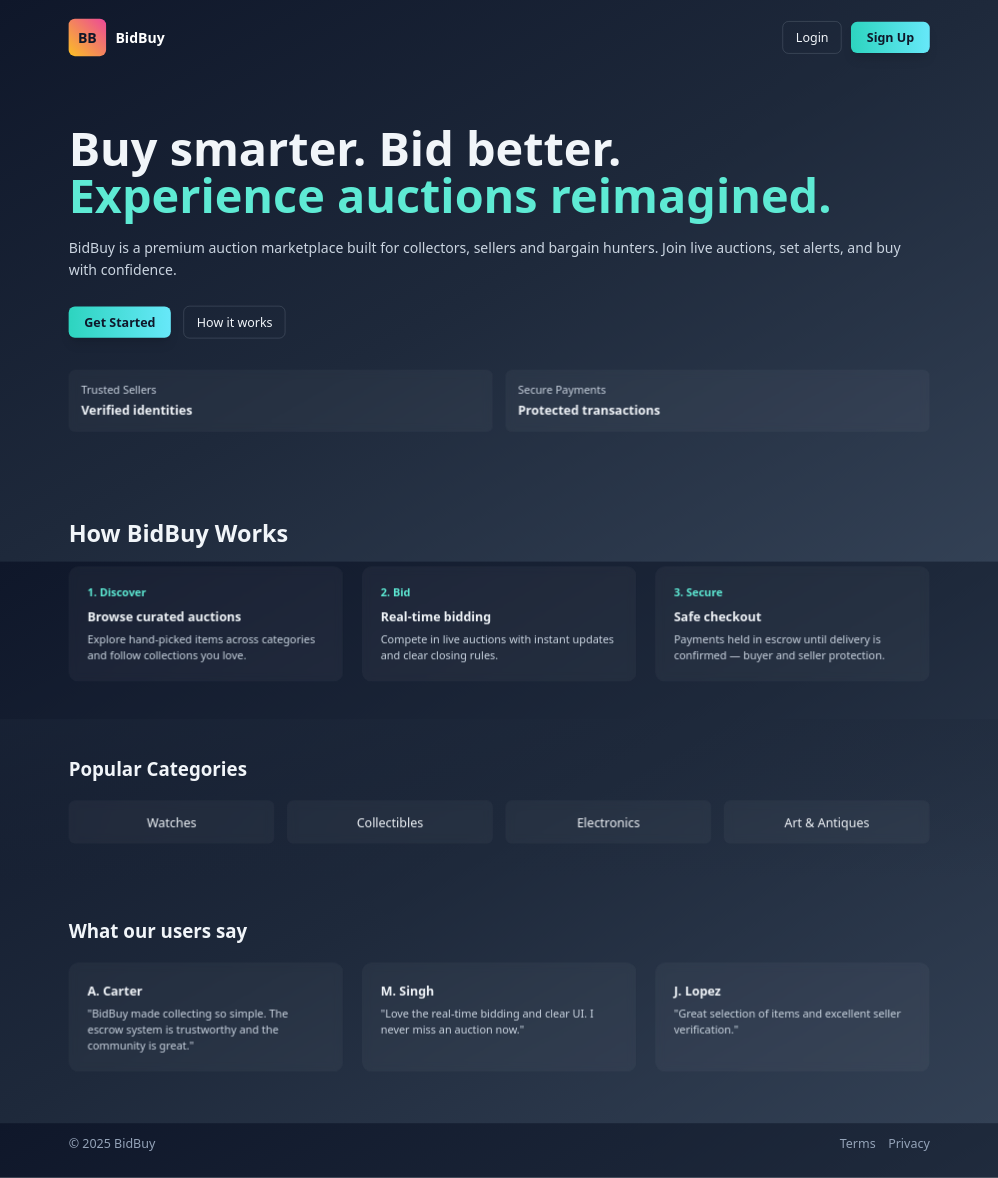
Repository: ChakraVaishnav/Online-Auction-System
Page: / (app in online-auction-system-frontend/)
These files come from the project's save history. The page is drawn as it stood at one moment and after the next save; the edit follows.
The browser window is 1280 px wide. The pictures show the whole page, at 78% of full size.
The project was rebuilt for these pictures with package versions that can differ from the ones it lists, and the page was loaded fresh each time. Also part of the build but not shown: online-auction-system-frontend/vite.config.js, online-auction-system-frontend/src/pages/Login.jsx, online-auction-system-frontend/src/pages/Signup.jsx, online-auction-system-frontend/src/App.css.

Above is the page before, as saved 2025-11-23 17:57:14.

After the next save:
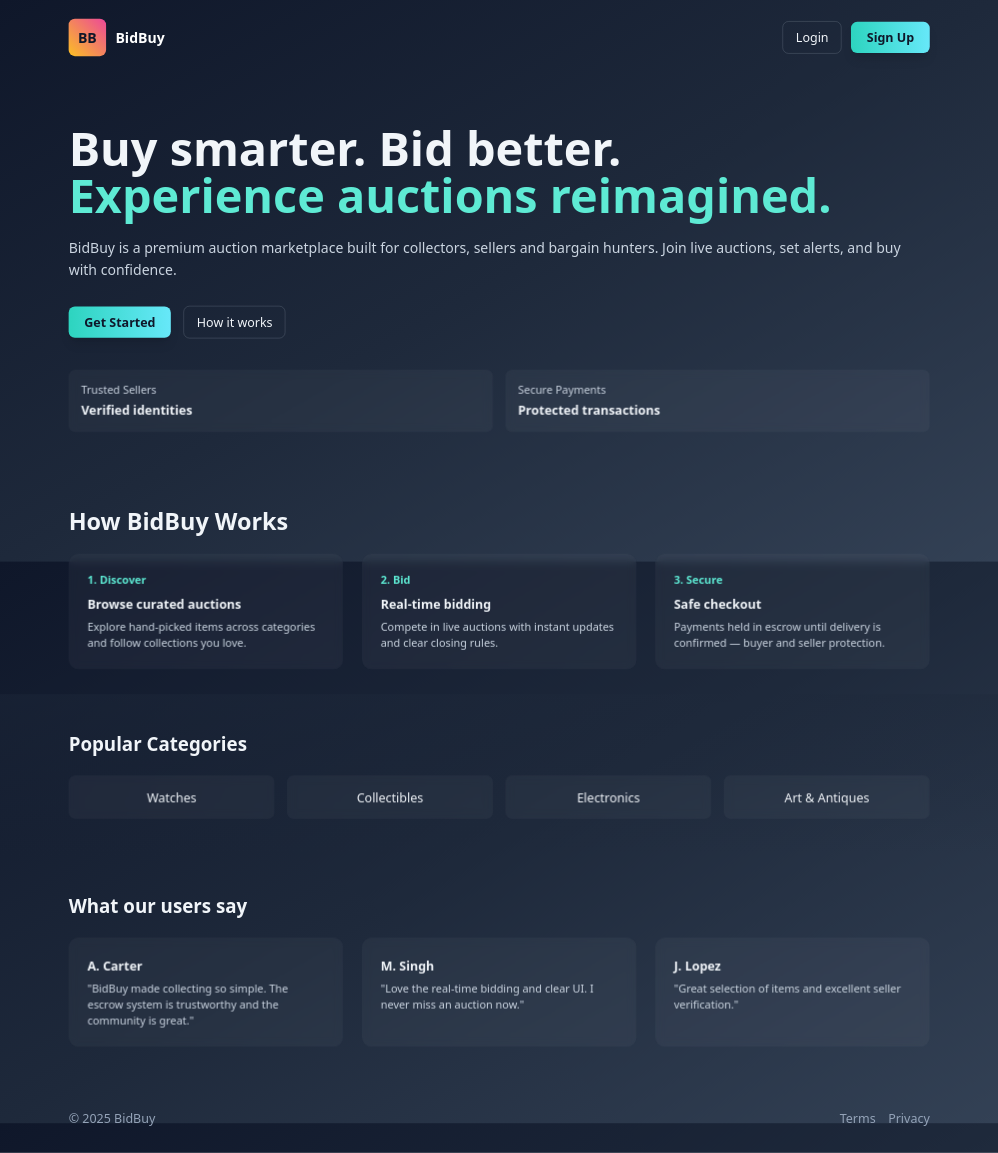
Saved 5 s later.
--- a/online-auction-system-frontend/src/pages/Landing.jsx
+++ b/online-auction-system-frontend/src/pages/Landing.jsx
@@ -43,7 +43,7 @@ export default function Landing() {
         </div>
       </header>
 
-      <section id="how" className="py-12">
+      <section id="how" className="py-8">
         <div className="container-wide">
           <h3 className="text-3xl font-bold mb-6">How BidBuy Works</h3>
           <div className="grid grid-cols-1 md:grid-cols-3 gap-6">
